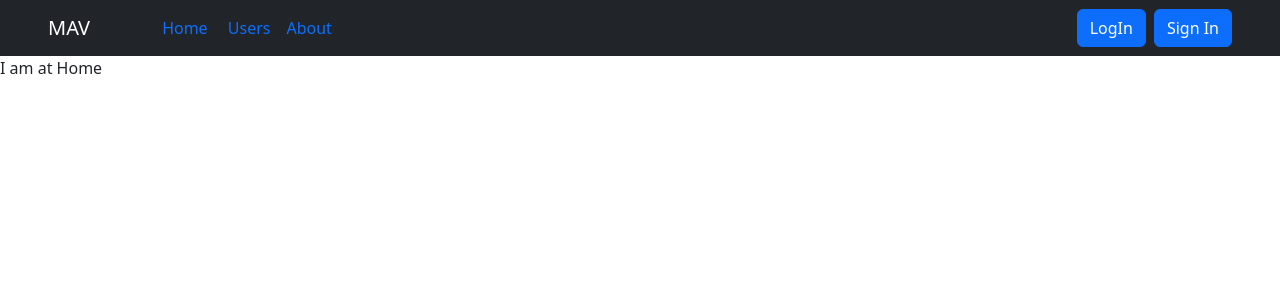
Repository: Dekabrist94/Bootstrap-First-Page
Page: /
These files come from the project's save history. The page is drawn as it stood at one moment and after the next save; the edit follows.
The browser window is 1280 px wide. The pictures show the whole page.
The project was rebuilt for these pictures with package versions that can differ from the ones it lists, and the page was loaded fresh each time. Also part of the build but not shown: src/components/Users.js, src/components/About.js.

Above is the page before, as saved 2023-04-14 12:11:51.

### src/App.js
import React from 'react';
import { Navibar } from './components/Navibar';
import 'bootstrap/dist/css/bootstrap.min.css';

import { Home } from './components/Home';
import { Users } from './components/Users';
import { About } from './components/About';

import { BrowserRouter as Router, Routes, Route } from 'react-router-dom';

function App() {
  return (
    <>
      <Router>
        <Navibar />
        <Routes>
          <Route exact path="/" element={<Home />} />
          <Route path="/users" element={<Users />} />
          <Route path="/about" element={<About />} />
        </Routes>
      </Router>
    </>
  );
}

export default App;

### src/components/Navibar.js
import React from 'react';
import { Nav, Navbar, Button } from 'react-bootstrap';
import { Link } from 'react-router-dom';

export const Navibar = () => {
  return (
    <>
      <Navbar collapseOnSelect expand="lg" bg="dark" variant="dark">
        <Navbar.Brand className="ms-5 me-5">MAV</Navbar.Brand> {/*LOGO */}
        <Navbar.Toggle aria-controls="responsive-navbar-nav" /> {/* Svernut Menu */}
        <Navbar.Collapse id="responsive-navbar-nav">
          {/*Razvernut Menu */}
          <Nav className="me-auto ">
            <Nav.Link>
              <Link className="ms-3 text-decoration-none" color="white" to="/">
                Home
              </Link>
              <Link className="ms-3 text-decoration-none" to="/users">
                {' '}
                Users
              </Link>
              <Link className="ms-3  text-decoration-none" to="/about">
                About
              </Link>{' '}
            </Nav.Link>
          </Nav>
          <Nav className="me-5">
            <Button variant="primary" className=" me-2">
              LogIn
            </Button>
            <Button variant="primary">Sign In</Button>
          </Nav>
        </Navbar.Collapse>
      </Navbar>
    </>
  );
};

### src/components/Home.js
import React from 'react';

export const Home = () => {
  return <>I am at Home</>;
};

Loaded but not shown: public/index.html (common file); src/index.js (common file); src/index.css (common file); src/reportWebVitals.js (common file)

After the next save:
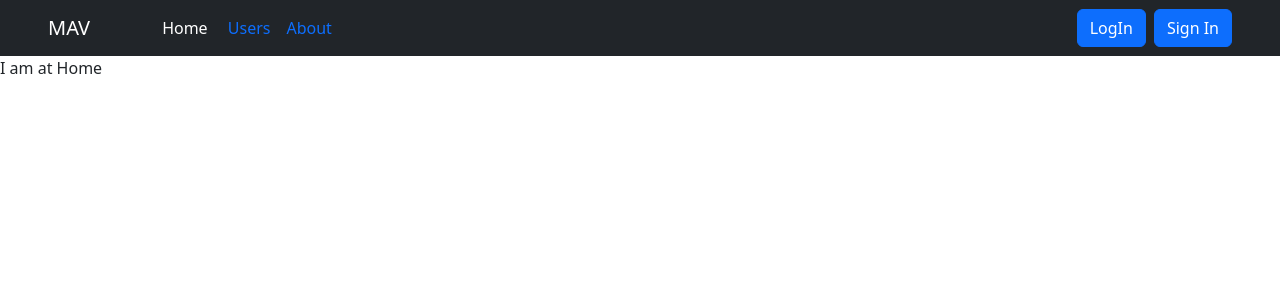
Saved 45 s later.
--- a/src/components/Navibar.js
+++ b/src/components/Navibar.js
@@ -12,7 +12,7 @@ export const Navibar = () => {
           {/*Razvernut Menu */}
           <Nav className="me-auto ">
             <Nav.Link>
-              <Link className="ms-3 text-decoration-none" color="white" to="/">
+              <Link className="ms-3 text-decoration-none text-white" to="/">
                 Home
               </Link>
               <Link className="ms-3 text-decoration-none" to="/users">
